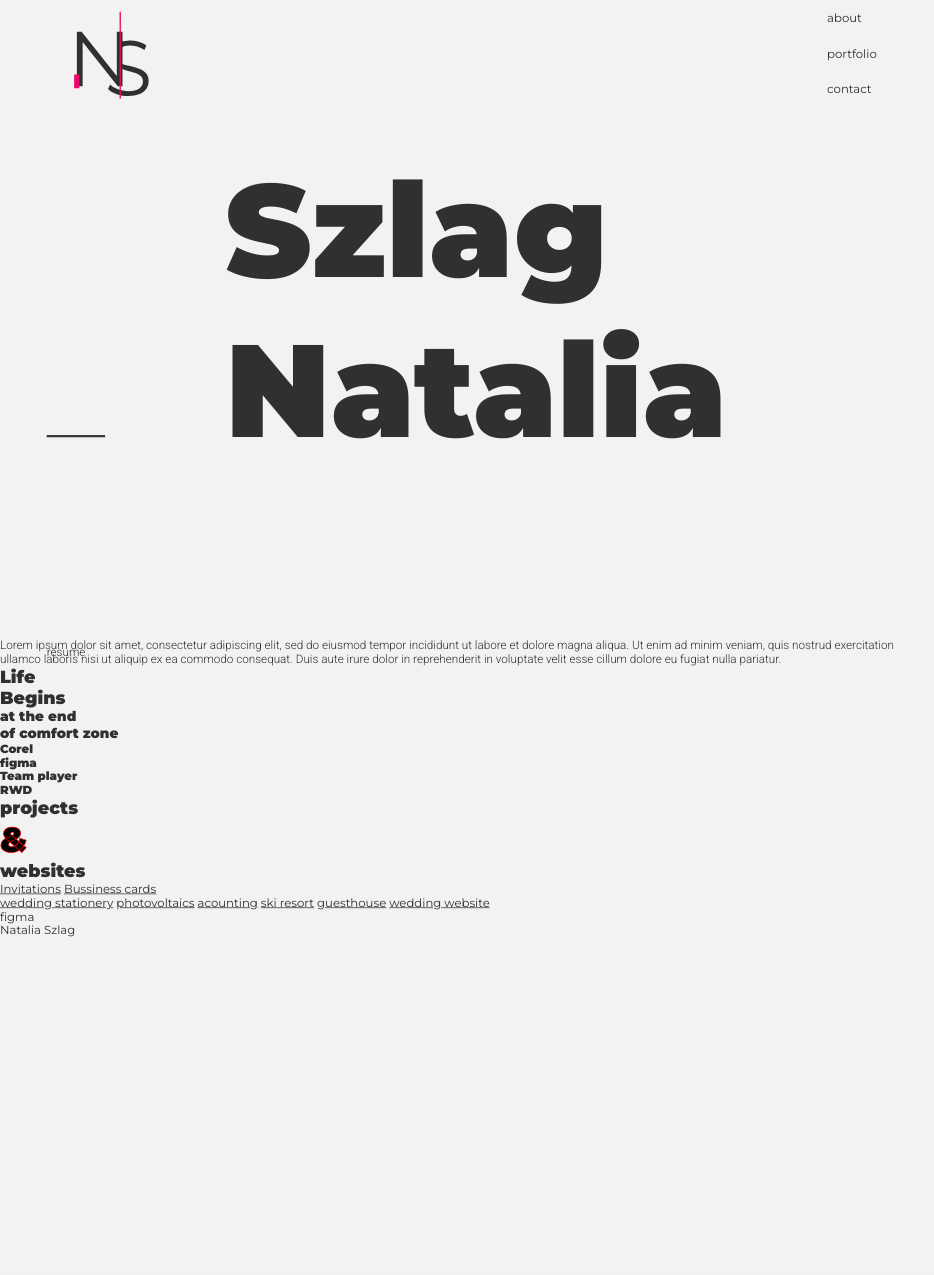
Repository: nataliaszlag/portfolio3
Page: index.html
These files come from the project's save history. The page is drawn as it stood at one moment and after a run of saves; the edit follows.
The browser window is 1280 px wide. The pictures show the whole page, at 73% of full size.
The style sheet was rebuilt from its Sass, Less or Tailwind sources for each picture, by a compiler version that may differ from the author's.

Above is the page before, as saved 2020-09-26 17:08:05.

### index.html
<!DOCTYPE html>
<html lang="en">
<head>
    <meta charset="UTF-8">
    <meta name="viewport" content="width=device-width, initial-scale=1.0">
    <title>Portfolio</title>
    <link rel="stylesheet" href="/css/style.css">
    <link href="https://fonts.googleapis.com/css2?family=Montserrat:wght@300;400;600;900&family=Roboto:wght@300&display=swap" rel="stylesheet">
<body>
    <header class="hero">
        <nav>
            <logo class="logo">
                <svg width="202" height="202" viewBox="0 0 202 202" fill="none" xmlns="http://www.w3.org/2000/svg">
                    <path d="M111.707 131.661C106.15 131.661 100.822 130.771 95.7284 128.989C90.6331 127.207 86.6957 124.857 83.9163 121.934L87.0156 115.841C89.7232 118.549 93.3219 120.742 97.8117 122.416C102.302 124.091 106.933 124.927 111.707 124.927C118.407 124.927 123.43 123.699 126.779 121.239C130.128 118.781 131.805 115.592 131.805 111.673C131.805 108.68 130.895 106.292 129.078 104.511C127.26 102.729 125.035 101.357 122.397 100.396C119.76 99.4333 116.091 98.3831 111.387 97.2422C78.7372 90.0157 110.659 55.7886 98.6857 58.3337C92.9473 59.5532 105.322 55.7647 113.312 55.5543C117.586 55.4414 121.773 56.1427 125.871 57.3177C129.969 58.4945 133.513 60.116 136.506 62.1821L133.835 68.4884C130.7 66.4223 127.351 64.8726 123.786 63.8395C120.223 62.8047 116.732 62.3344 113.312 62.2882C95.5796 62.0521 91.8988 81.0702 103.104 87.2483C105.649 88.6525 109.535 89.2614 114.167 90.4023C119.654 91.7552 124.089 93.091 127.474 94.4098C130.859 95.7285 133.727 97.7228 136.079 100.396C138.431 103.068 139.607 106.684 139.607 111.245C139.607 115.022 138.591 118.46 136.561 121.561C134.529 124.66 131.411 127.118 127.207 128.936C123.003 130.753 117.837 131.661 111.707 131.661Z" fill="#303030"/>
                    <path d="M103.826 43.3881V118.212H97.3055L49.2035 57.4973V118.212H41.2945V43.3881H47.8146L96.0226 104.103V43.3881H103.826Z" fill="#303030"/>
                    <path fill-rule="evenodd" clip-rule="evenodd" d="M99.789 135.296V16.0728H101.621V135.296H99.789Z" fill="#EC0868"/>
                    <path fill-rule="evenodd" clip-rule="evenodd" d="M37.5521 120.721L37.5538 101.949L44.6315 101.956V120.726L37.5521 120.721Z" fill="#EC0868"/>
                    </svg>


            </logo>
            <ul class="navbar">
                <li class="nav-list">about</li>
                <li class="nav-list">portfolio</li>
                <li class="nav-list">contact</li>
            </ul>
        </nav>
        <div class="flex">
            <div class="line-1"></div>
            <h1 class="h1-name">Szlag<br>Natalia</h1>
        </div>
        <div class="resume">
            <icon class="resume-icon">
                <svg width="295" height="236" viewBox="0 0 295 236" fill="none" xmlns="http://www.w3.org/2000/svg">
                    <path d="M78.6055 162.528V215.072H181.395V162.528" stroke="#303030" stroke-width="2.36" stroke-miterlimit="22.9256"/>
                    <path d="M130 154.473V199.527" stroke="#303030" stroke-width="2.36" stroke-miterlimit="22.9256"/>
                    <path d="M109.133 184.602L130 199.527L150.867 183.898" stroke="#00A0E3" stroke-width="2.36" stroke-miterlimit="22.9256"/>
                    <path d="M109.133 184.602L130 199.527L150.867 183.898" stroke="#303030" stroke-width="2.36" stroke-miterlimit="22.9256"/>
                    </svg>

            </icon>
            <p class="resume-p">resume</p>
        </div>
    </header>
    <main>
        <article class="main-page">

            <div class="arrow">
                <svg>
                </svg>
            </div>
    </article>
        <article class="about">
            <div class="about-flex">
                <p class="about-p">
                    Lorem ipsum dolor sit amet, consectetur adipiscing elit, sed do eiusmod tempor incididunt ut labore et dolore magna aliqua. Ut enim ad minim veniam, quis nostrud exercitation ullamco laboris nisi ut aliquip ex ea commodo consequat. Duis aute irure dolor in reprehenderit in voluptate velit esse cillum dolore eu fugiat nulla pariatur.
                </p>
        </div>
            <div class="about-flex">
                <h2 class="about-primary">Life</h2>
                <h2 class="about-secondary">Begins</h2>
                <h3 class="about-terciary">at the end<br>of comfort zone</h3>
        </div>
            <div class="about-flex">
                <div class="vector"></div>
        </div>
            <div class="about-flex">
                <h4 class="stat">Corel</h4>
                <div class="stat-bar">
                <div class="bar"></div>
                <div class="bar"></div>
                <div class="bar"></div>
                <div class="bar"></div>
                <div class="bar"></div>
            </div>
            <h4 class="stat">figma</h4>
                <div class="stat-bar">
                <div class="bar-1"></div>
                <div class="bar-2"></div>
                <div class="bar-3"></div>
                <div class="bar-4"></div>
                <div class="bar-5"></div>
            </div>
            <h4 class="stat">Team player</h4>
                <div class="stat-bar">
                <div class="bar-1"></div>
                <div class="bar-2"></div>
                <div class="bar-3"></div>
                <div class="bar-4"></div>
                <div class="bar-5"></div>
            </div>
            <h4 class="stat">RWD</h4>
                <div class="stat-bar">
                <div class="bar-1"></div>
                <div class="bar-2"></div>
                <div class="bar-3"></div>
                <div class="bar-4"></div>
                <div class="bar-5"></div>
            </div>
        </div>
    </article>

    <article class="portfolio">
        <h2 class="portfolio-primary">projects<br></h2>
        <h2 class="portfolio-ampersand">&</h2>
        <h2 class="portfolio-secondary">websites</h2>

        <div class="projects-flex">
            <div class="project-gallery">
                <a href="https://www.kraftdesign.pl" target="_blank" class="link">Invitations</a>
                <a href="#gallery" class="link">Bussiness cards</a>
            </div>
            <div class="project-links">
                <a href="https://www.kraftdesign.pl" target="_blank" class="link">wedding stationery</a>
                <a href="https://www.cellinstalacje.pl" class="link" target="_blank" >photovoltaics</a>
                <a href="https://www.cellsksiegowosc.pl" class="link" target="_blank">acounting</a>
                <a href="https://www.masterski.pl" class="link" target="_blank">ski resort</a>
                <a href="https://www.tylicznoclegi.pl" class="link" target="_blank">guesthouse</a>
                <a href="https://www.pobieramysie.info" class="link" target="_blank">wedding website</a>
            </div>
            <div class="project-display">
                figma
            </div>
        </div>
    </article>

    <article class="contact">
        <div class="square">
            <div class="socials">
                <div class="social-info"></div>
                <div class="social-info"></div>
            </div>
            <div class="svg-animate">Natalia Szlag</div>
        </div>

        <div class="square bg-cover">
            <div class="social-sq">
                <svg class="social-ico">insta</svg>
            </div>
            <div class="social-sq">
                <svg class="social-ico">facebook</svg>
            </div>
            <div class="social-sq">
                <svg class="social-ico">pinterest</svg>
            </div>
        </div>
    </article>
    </main>
  </body>
</html>

### scss/style.scss
// ==========================================
// variables
// ==========================================

//font-var
$font-primary: 'Montserrat', sans-serif;
$font-secondary: 'roboto', sans-serif;
$font-spacing-primary: 10%;
$font-line-primary: 25pt;

//color-var
$clr-font: #303030;
$clr-bg: #f2f2f2;
$clr-accent: #ec0868;


// ============================================
// main style
// =======================================
*,
*:hover,
*:focus{
box-sizing: border-box;
background-color: $clr-bg;
color: $clr-font;
}

*{
    margin: 0;
    padding: 0;
    font-family: $font-primary;
}

body{
}

.portfolio-ampersand{
    font-size: 48px;
    color: black;
    -webkit-text-stroke: 1px red;
}

header{
    height: 100vh;
    max-width: 90%;
    margin: auto;
}


.h1-name{
    display: inline-block;
    margin-left: 150px;
    font-weight: 900;
    font-size: 180px;
    line-height: 219px;
    padding-left: 10px;
}

.line-1{
    display: inline-block;
    content:'';
    width: 80px;
    height: 10px;
    border-bottom: solid 3px $clr-font;
}

nav{
    display: flex;
    justify-content: space-between;
    ul{
        display: block;
        list-style-type: none;
        li{
            overflow: hidden;
            padding: 15px;
        }
    }


}

p{
    font-family: $font-secondary;
}

After the next 2 saves:
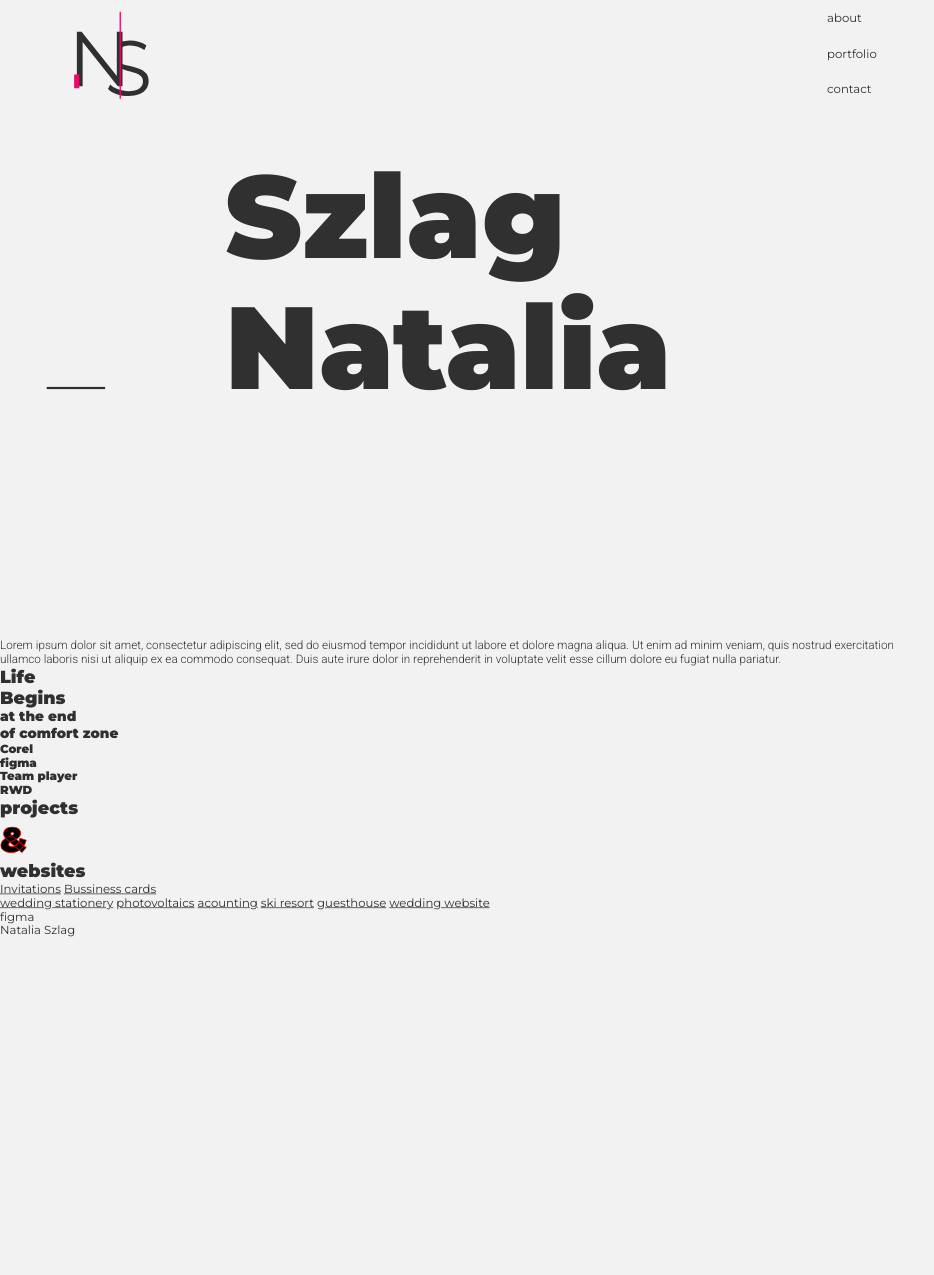
The 2 saves are shown as one change because they came seconds apart.
The last was saved 15 s later.
--- a/scss/style.scss
+++ b/scss/style.scss
@@ -51,8 +51,8 @@
     display: inline-block;
     margin-left: 150px;
     font-weight: 900;
-    font-size: 180px;
-    line-height: 219px;
+    font-size: 160px;
+    line-height: 180px;
     padding-left: 10px;
 }
 
